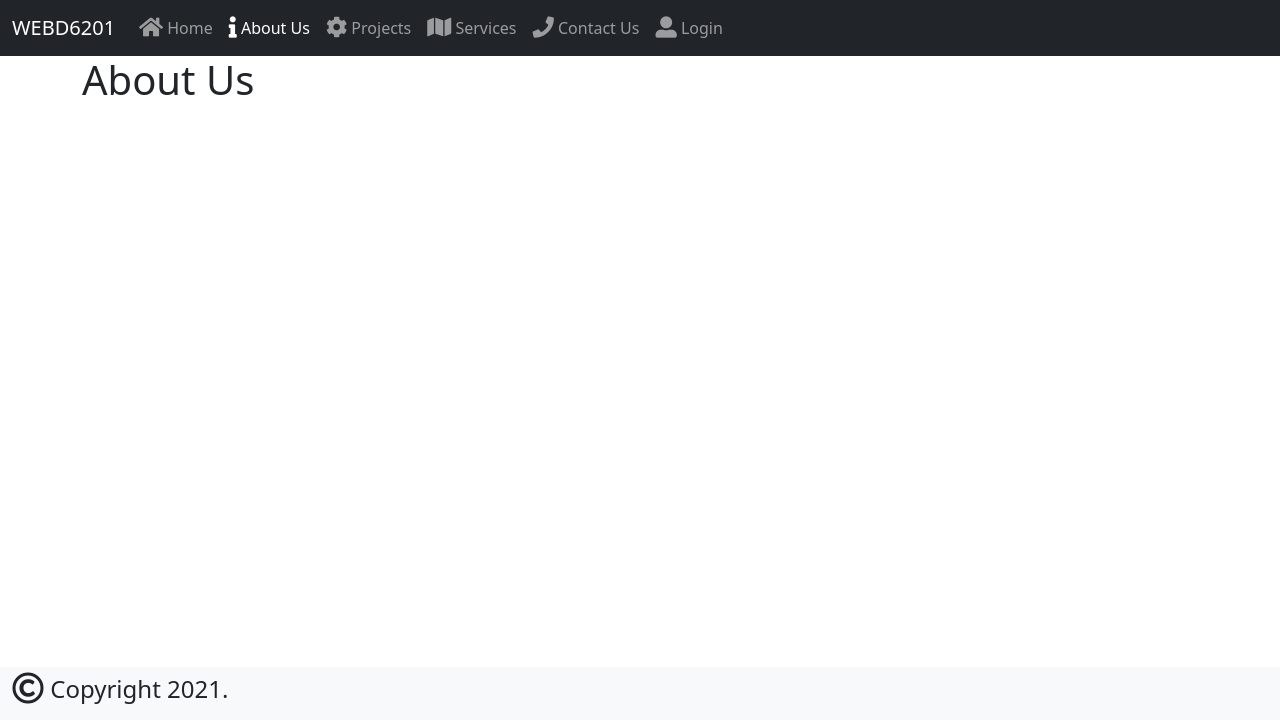
Repository: CKM206/WebD6201-W2021-ICE5
Page: about.html
The author's editor kept a copy of each file at every save. The page is drawn from the files as they stood at one save, then again after a run of saves.
The browser window is 1280 px wide. The pictures show the whole page.

Above is the page before, as saved 2021-03-07 00:43:51.

After the next 2 saves:
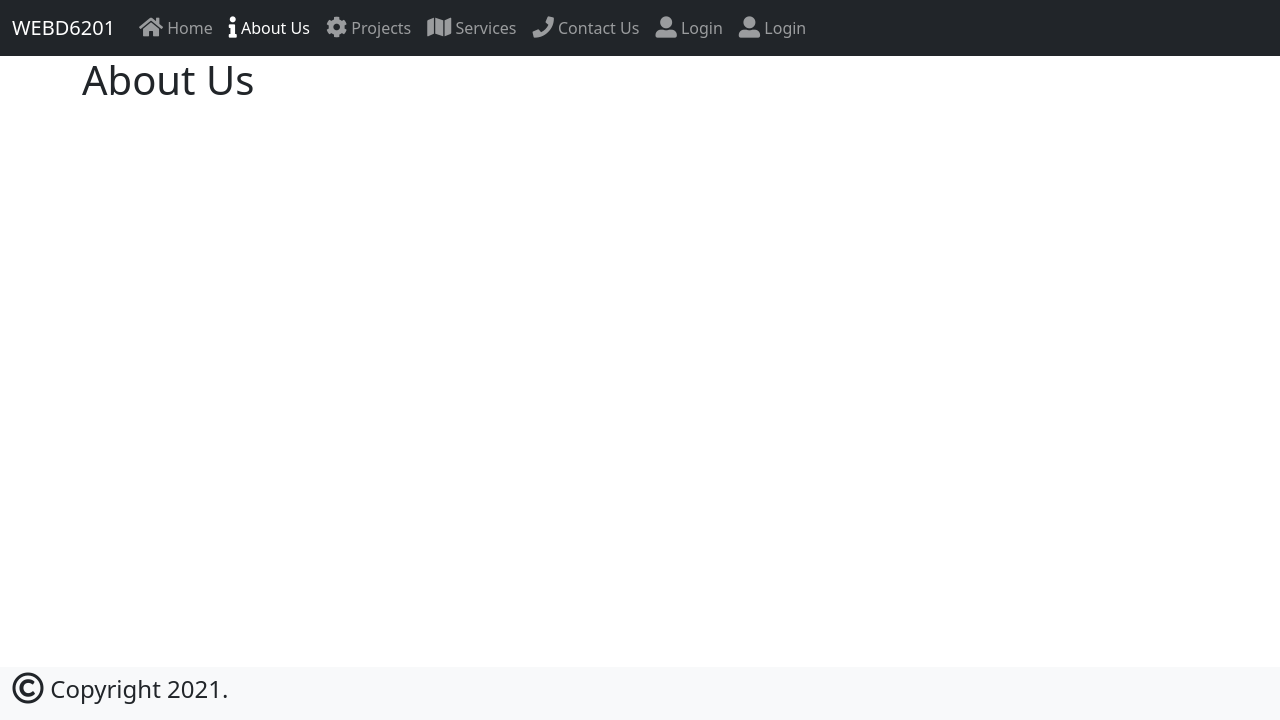
The 2 saves are shown as one change because they came seconds apart.
The last was saved 5 s later.
--- a/about.html
+++ b/about.html
@@ -40,7 +40,10 @@
                   <li class="nav-item">
                     <a class="nav-link" aria-current="page" href="contact.html"><i class="fas fa-phone fa-lg"></i> Contact Us</a>
                   </li>
-                  <li class="nav-item">
+                 <li class="nav-item">
+                    <a class="nav-link" aria-current="page" href="login.html"><i class="fas fa-user-alt fa-lg"></i> Login</a>
+                  </li>
+                  <li id="loginListItem" class="nav-item">
                     <a class="nav-link" aria-current="page" href="login.html"><i class="fas fa-user-alt fa-lg"></i> Login</a>
                   </li>
                 </ul>
